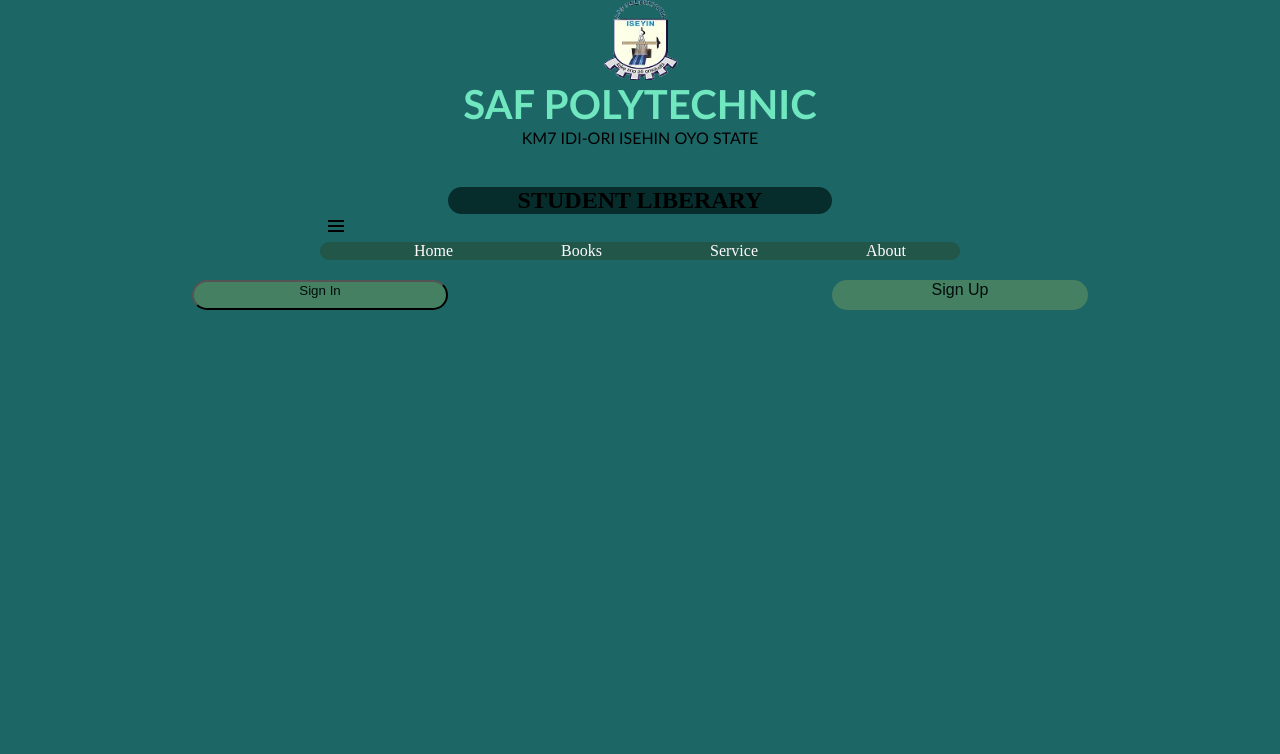
Repository: makinwademila/new-html
Page: index.html
An editor plug-in stored every save of this project. The page is shown before and after the next save, followed by the edit.
The browser window is 1280 px wide. The pictures show the whole page.

Above is the page before, as saved 2025-03-04 09:43:11.
Console error: ReferenceError: e is not defined

After the next save:
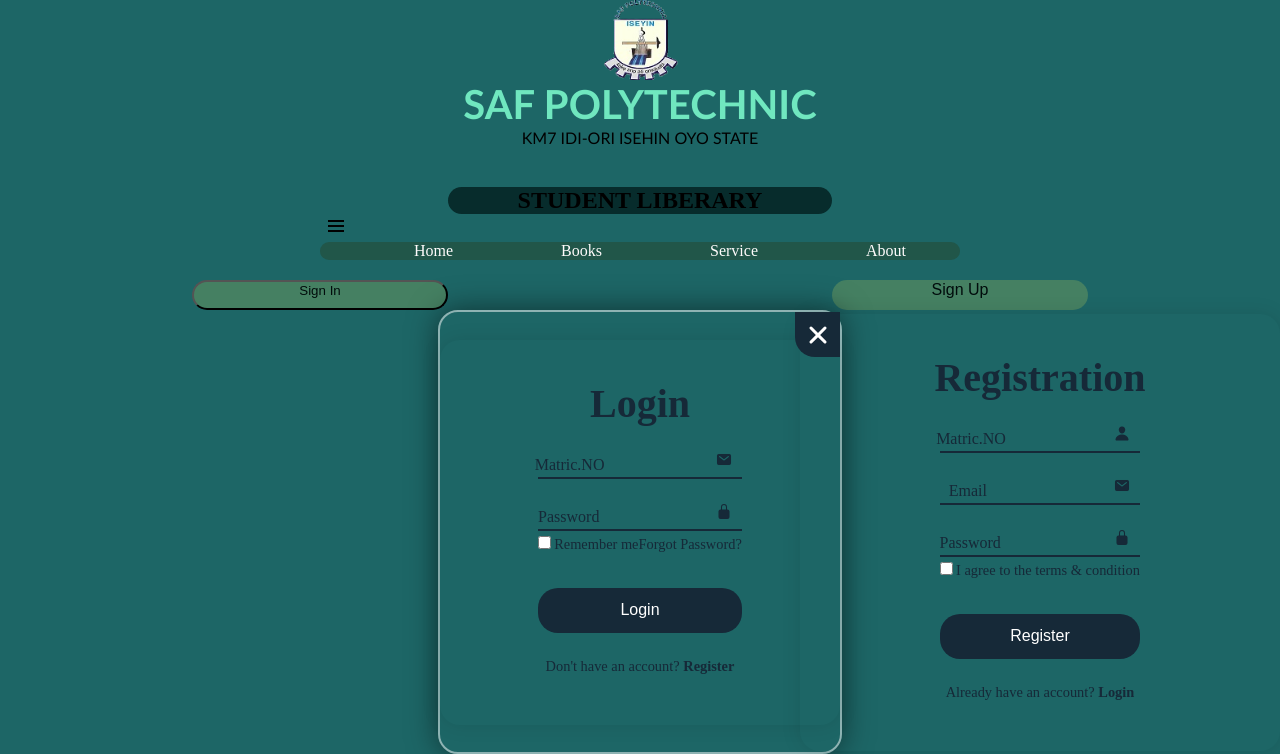
Saved 3 h 31 min later.
--- a/style.css
+++ b/style.css
@@ -205,8 +205,8 @@
     justify-content: center;
     align-items: center;
     transition: transform .5s ease height .2 ease;
-    overflow: hidden;
-    transform: scale(0);
+    /*overflow: hidden;
+    transform: scale(0);*/
 }
 
 .wrapper.active-popup {

After the save that followed:
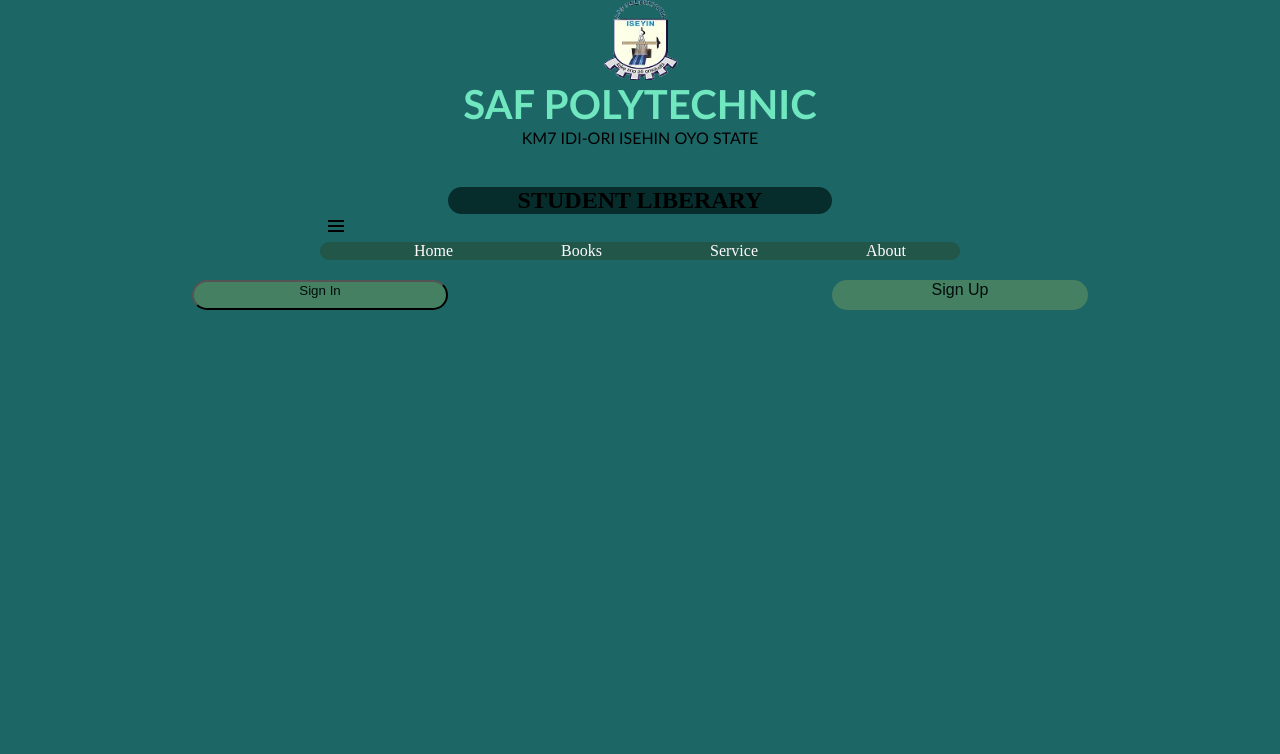
Saved 42 s later.
--- a/style.css
+++ b/style.css
@@ -205,8 +205,8 @@
     justify-content: center;
     align-items: center;
     transition: transform .5s ease height .2 ease;
-    /*overflow: hidden;
-    transform: scale(0);*/
+    /*overflow: hidden;*/
+    transform: scale(0);
 }
 
 .wrapper.active-popup {
